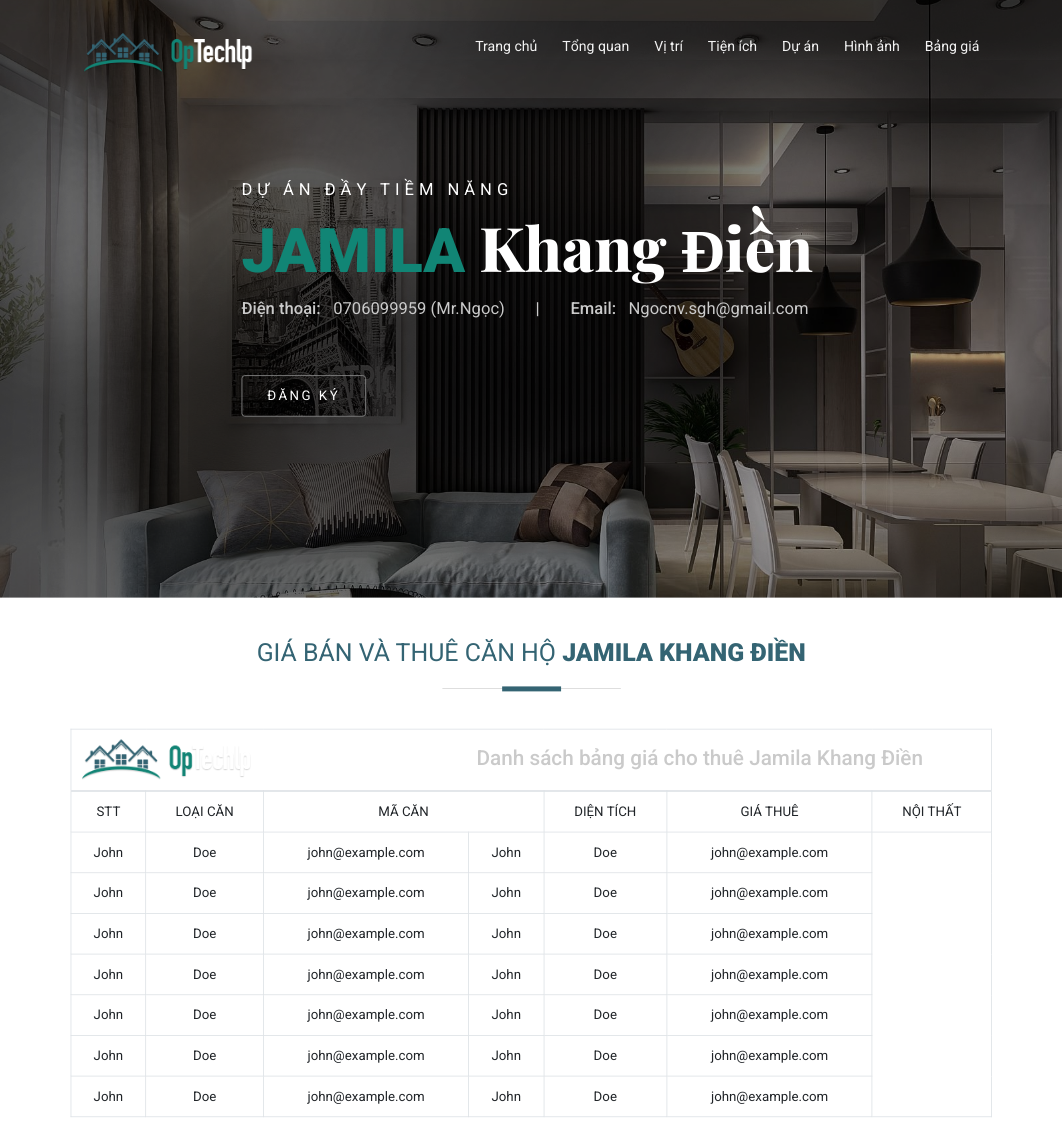
Repository: phunobi1807/Myweb
Page: index.html
An editor plug-in stored every save of this project. The page is shown before and after the next save, followed by the edit.
The browser window is 1280 px wide. The pictures show the whole page, at 83% of full size.
Some web fonts or font styles are not loaded; a fallback is used.

Above is the page before, as saved 2021-05-14 13:45:52.

After the next save:
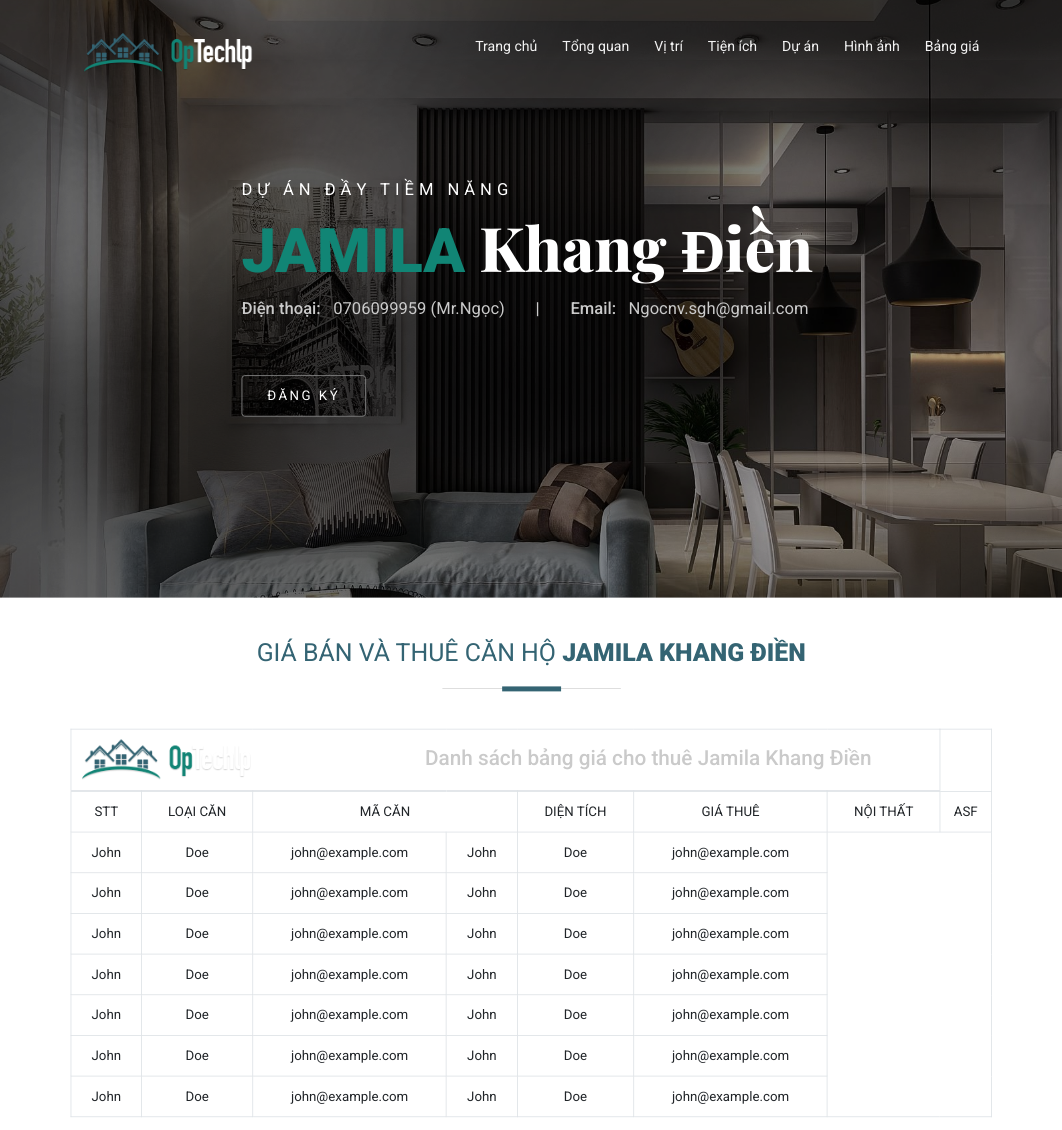
Saved 6 s later.
--- a/index.html
+++ b/index.html
@@ -65,6 +65,7 @@
                             <td>diện tích</td>
                             <td>giá thuê</td>
                             <td colspan="2">nội thất</td>
+                            <td>asf</td>
 
                         </tr>
                         <tr>

After the 2 saves that followed:
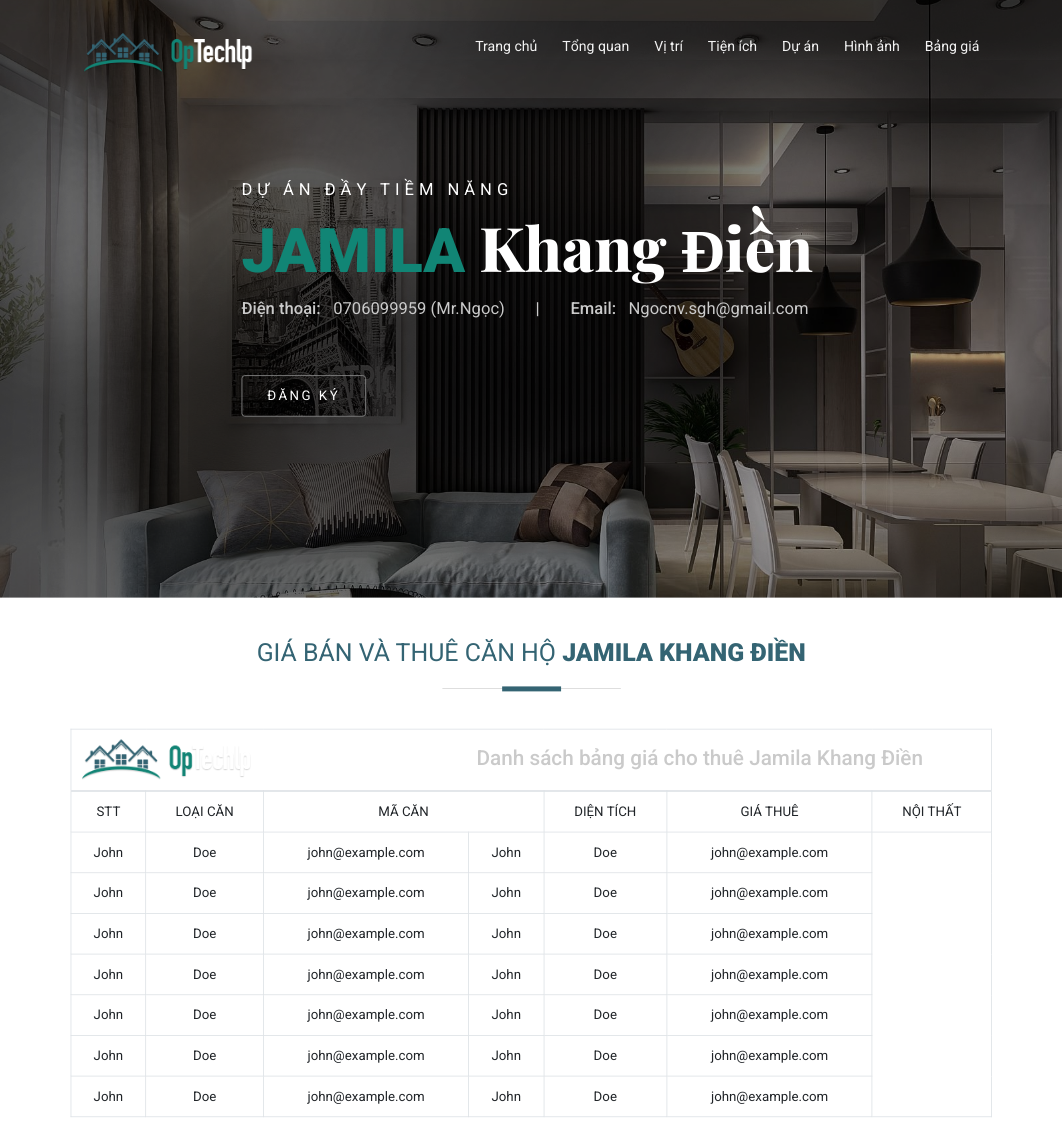
The 2 saves are shown as one change because they came seconds apart.
The last was saved 7 s later.
--- a/index.html
+++ b/index.html
@@ -65,7 +65,6 @@
                             <td>diện tích</td>
                             <td>giá thuê</td>
                             <td colspan="2">nội thất</td>
-                            <td>asf</td>
 
                         </tr>
                         <tr>
